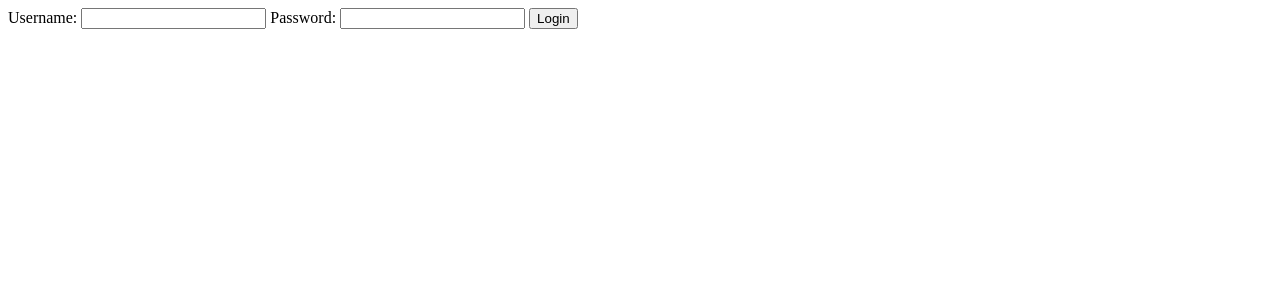
Repository: thegr8khan/webproject1
Page: http://localhost/amazon/
The author's editor kept a copy of each file at every save. The page is drawn from the files as they stood at one save, then again after the next save.
The browser window is 1280 px wide. The pictures show the whole page.
The page is served by Tomcat 9.

Above is the page before, as saved 2023-03-24 10:08:15.

After the next save:
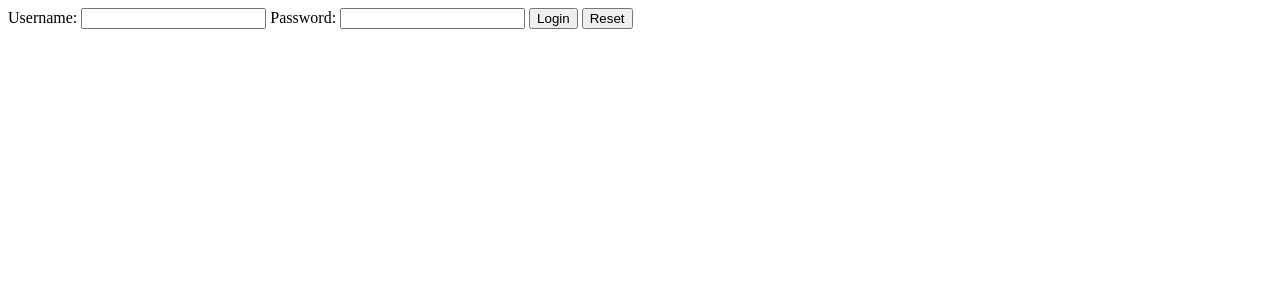
Saved 2 days later.
--- a/WebProgramming/amazon/src/main/webapp/login.jsp
+++ b/WebProgramming/amazon/src/main/webapp/login.jsp
@@ -25,6 +25,7 @@ Username: <input type= "text" name="username"/>
 Password: <input type= "password" name="password"/>
 
 <input type="submit" name="action" value="Login"/>
+<input type="submit" name="action" value="Reset"/>
 
 <input type="hidden" name="page" value="login"/>
 
